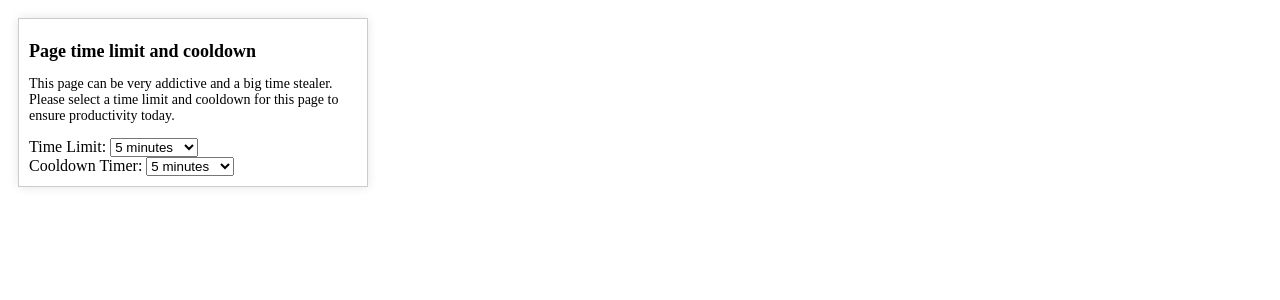
Repository: AndrlmMass/Time-management-chrome-extension
Page: popup2.html
These files come from the project's save history. The page is drawn as it stood at one moment and after the next save; the edit follows.
The browser window is 1280 px wide. The pictures show the whole page.

Above is the page before, as saved 2023-08-24 20:43:14.

After the next save:
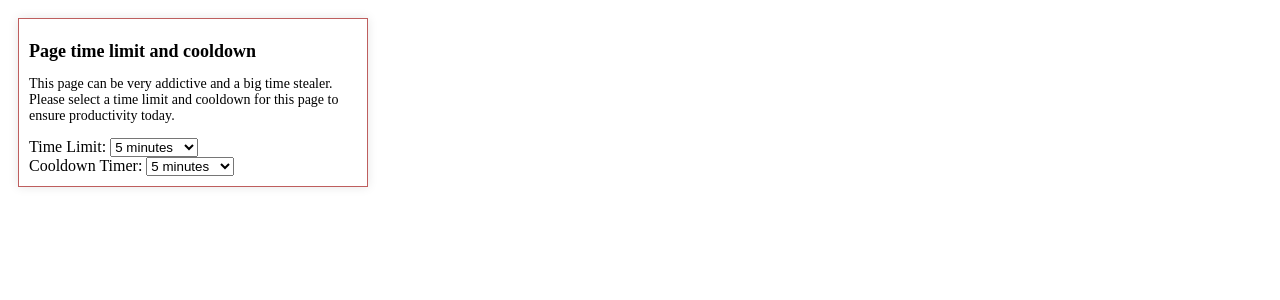
Saved 39 s later.
--- a/popup.css
+++ b/popup.css
@@ -6,7 +6,7 @@ body {
 #popup-container {
   padding: 10px;
   background-color: #fff;
-  border: 1px solid #ccc;
+  border: 1px solid #be5e5e;
   box-shadow: 0 0 10px rgba(0, 0, 0, 0.1);
 }
 
